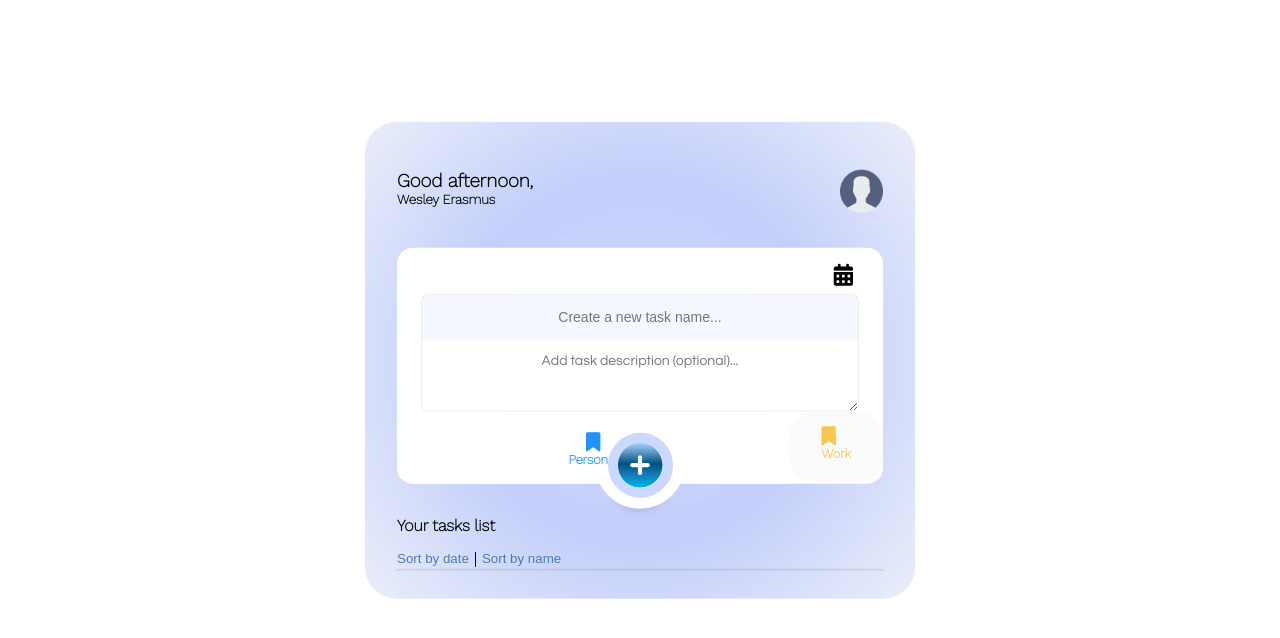
Repository: WesleyErasmus/Todo-App
Page: todoApp.html
These files come from the project's save history. The page is drawn as it stood at one moment and after the next save; the edit follows.
The browser window is 1280 px wide. The pictures show the whole page.
The pointer rests on the first visible `.work-category-btn`.
Some web libraries are served in a nearby version.

Above is the page before, as saved 2022-06-21 21:46:40.

After the next save:
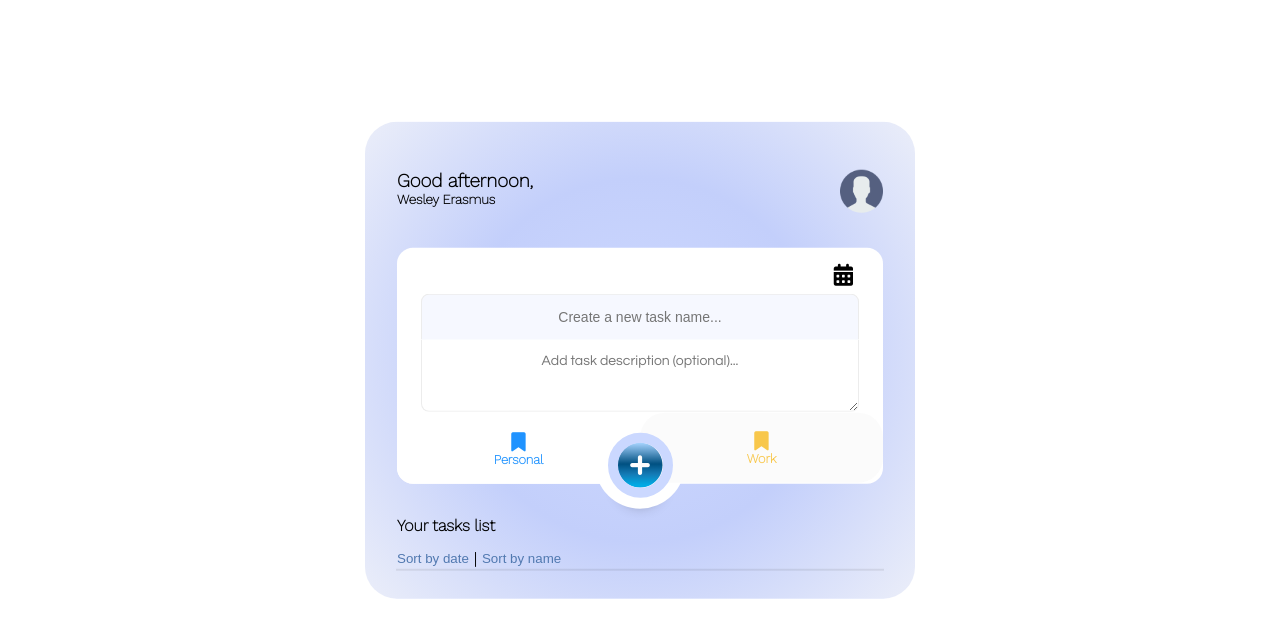
Saved 14 s later.
--- a/source/css/todoApp.css
+++ b/source/css/todoApp.css
@@ -309,9 +309,6 @@ label.personal-category-btn:active {
   transform: translateY(-1px);
   background-color: #ececec4e;
   border-radius: 25px;
-  width: 100px;
-  display: block;
-  margin: 0 auto;
 }
 /*END OF STYLING FOR CATEGORY BUTTONS */
 
